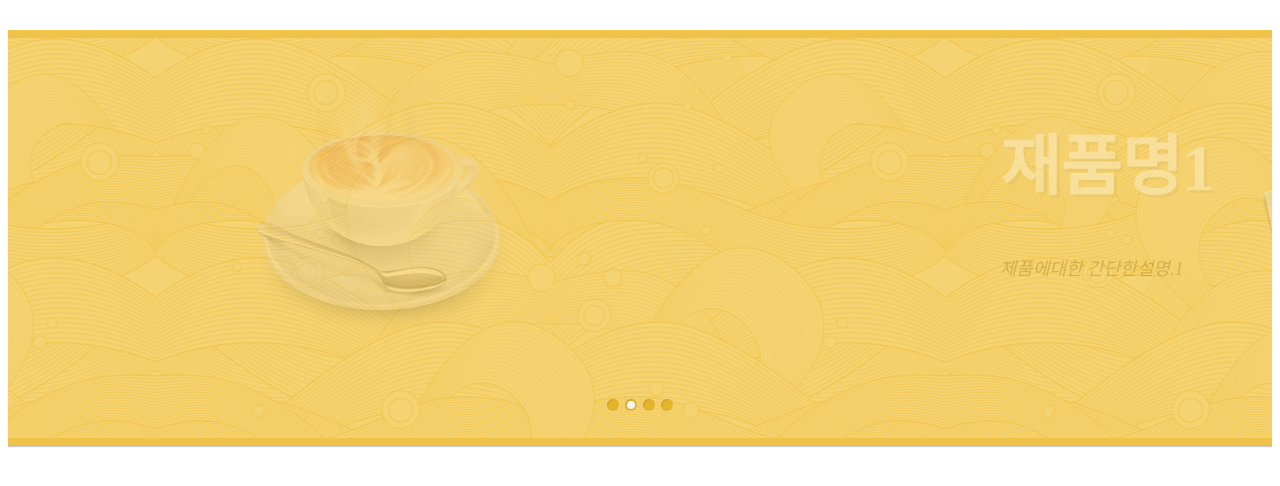
Repository: fellownew/project_workspace
Page: http://localhost/shoppingmall/WEB-INF/view/body/main.jsp
These files come from the project's save history. The page is drawn as it stood at one moment and after the next save; the edit follows.
The browser window is 1280 px wide. The pictures show the whole page.
The page is served by Tomcat 9. Nobody is signed in. Other server files are loaded and not shown. The template is opened directly, without the code that normally fills it, so the values that code supplies are empty.

Above is the page before, as saved 2015-06-03 02:42:10.

### shoppingmall/WebContent/WEB-INF/view/body/main.jsp
<%@ page contentType="text/html;charset=UTF-8"%>
<%@ taglib prefix="c" uri="http://java.sun.com/jsp/jstl/core"%>
<!DOCTYPE html>
        <link rel="stylesheet" type="text/css" href="<%=request.getContextPath()%>/css/demo.css" />
        <link rel="stylesheet" type="text/css" href="<%=request.getContextPath()%>/css/style.css" />
        <style type="text/css">
			.da-slider{
				background: transparent url('<%=request.getContextPath() %>/image/waves.gif') repeat 0% 0%;
				}
			.da-arrows span:after{
				background: transparent url('<%=request.getContextPath() %>/image/arrows.png') no-repeat top left;
				}
		</style>
		<script type="text/javascript" src="<%=request.getContextPath()%>/script/modernizr.custom.28468.js"></script>
		<script type="text/javascript" src="<%=request.getContextPath()%>/script/jquery.js"></script>
		<script type="text/javascript" src="<%=request.getContextPath()%>/script/jquery.cslider.js"></script>
		<script type="text/javascript">
			$(function() {
				$('#da-slider').cslider();
			});
		</script>

    <body>
   <c:forEach items="${requestScope.productList }" var="product">
   	<div class="images"><a href="${product.productId }"><img src="${product.imagePath }" width="120px" height="120px"/></a></div>
   	</c:forEach>
        <div class="container">
			<div id="da-slider" class="da-slider">
				<div class="da-slide">
					<h2>재품명</h2>
					<p>제품에대한 간단한설명.</p>
					<a href="#" class="da-link">Read more(상세설명링크)</a>
					<div class="da-img"><img src="<%=request.getContextPath() %>/image/1.png" alt="image01" /></div>
				</div>
				<div class="da-slide">
					<h2>재품명1</h2>
					<p>제품에대한 간단한설명.1</p>
					<a href="#" class="da-link">Read more</a>
					<div class="da-img"><img src="<%=request.getContextPath() %>/image/2.png" alt="image01" /></div>
				</div>
				<div class="da-slide">
					<h2>재품명2</h2>
					<p>제품에대한 간단한설명.2</p>
					<a href="#" class="da-link">Read more</a>
					<div class="da-img"><img src="<%=request.getContextPath() %>/image/3.png" alt="image01" /></div>
				</div>
				<div class="da-slide">
					<h2>재품명3</h2>
					<p>제품에대한 간단한설명.3</p>
					<a href="#" class="da-link">Read more</a>
					<div class="da-img"><img src="<%=request.getContextPath() %>/image/4.png" alt="image01" /></div>
				</div>
				<nav class="da-arrows">
					<span class="da-arrows-prev"></span>
					<span class="da-arrows-next"></span>
				</nav>
			</div>
        </div>

    </body>

### shoppingmall/WebContent/css/demo.css
@font-face {
    font-weight: normal;
    font-style: normal;
}

.container{
	width: 100%;
	position: relative;
	text-align: center;
}
.clr{
	clear: both;
}
.container > header{
	padding: 20px 30px 10px 30px;
	margin: 0px 20px 10px 20px;
	position: relative;
	display: block;
	text-shadow: 1px 1px 1px rgba(0,0,0,0.2);
    text-align: center;
}
.container > header h1{
	font-size: 35px;
	line-height: 35px;
	position: relative;
	font-weight: 400;
	color: #936975;
	text-shadow: 1px 1px 1px rgba(0,0,0,0.3);
    padding: 0px 0px 5px 0px;
}
.container > header h1 span{
	color: #b19099;
	text-shadow: 0px 1px 1px rgba(255,255,255,0.8);
}
.container > header h2{
	font-size: 16px;
	font-style: italic;
	color: #593741;
	text-shadow: 0px 1px 1px rgba(255,255,255,0.8);
}
/* Header Style */
.codrops-top{
	line-height: 24px;
	font-size: 11px;
	background: rgba(255, 255, 255, 0.6);
	text-transform: uppercase;
	z-index: 9999;
	position: relative;
	box-shadow: 1px 0px 2px rgba(0,0,0,0.2);
}
.codrops-top a{
	padding: 0px 10px;
	letter-spacing: 1px;
	color: #333;
	text-shadow: 0px 1px 1px #fff;
	display: block;
	float: left;
}
.codrops-top a:hover{
	background: #fff;
}
.codrops-top span.right{
	float: right;
}
.codrops-top span.right a{
	float: left;
	display: block;
}

p.codrops-demos{
	text-align:center;
	display: block;
	padding: 14px;
}
p.codrops-demos a,
p.codrops-demos a.current-demo,
p.codrops-demos a.current-demo:hover{
    display: inline-block;
	border: 1px solid #b19099;
	padding: 4px 10px 3px;
	font-size: 13px;
	line-height: 18px;
	margin: 0px 3px;
	font-weight: 800;
	-webkit-box-shadow: 0px 1px 1px rgba(0,0,0,0.1);
	-moz-box-shadow:0px 1px 1px rgba(0,0,0,0.1);
	box-shadow: 0px 1px 1px rgba(0,0,0,0.1);
	color: #fff;
	text-shadow: 1px 1px 1px rgba(0,0,0,0.6);
	-webkit-border-radius: 5px;
	-moz-border-radius: 5px;
	border-radius: 5px;
	background: #b19099;
	background: -moz-linear-gradient(top, #b19099 0%, #936975 100%);
	background: -webkit-gradient(linear, left top, left bottom, color-stop(0%,#b19099), color-stop(100%,#936975));
	background: -webkit-linear-gradient(top, #b19099 0%,#936975 100%);
	background: -o-linear-gradient(top, #b19099 0%,#936975 100%);
	background: -ms-linear-gradient(top, #b19099 0%,#936975 100%);
	background: linear-gradient(top, #b19099 0%,#936975 100%);
	filter: progid:DXImageTransform.Microsoft.gradient( startColorstr='#b19099', endColorstr='#936975',GradientType=0 );
}
p.codrops-demos a:hover{
	background: #b19099;
}
p.codrops-demos a:active{
	-webkit-box-shadow: 0px 1px 1px rgba(255,255,255,0.4);
	-moz-box-shadow: 0px 1px 1px rgba(255,255,255,0.4);
	box-shadow: 0px 1px 1px rgba(255,255,255,0.4);
}
p.codrops-demos a.current-demo,
p.codrops-demos a.current-demo:hover{
	color: #443132;
	text-shadow: 0px 1px 1px rgba(255,255,255,0.3);
}
#testSlide3 {
	display: inline-block;
	border: 1px solid #b19099;
	padding: 4px 10px 3px;
	margin: 0px 3px;
	color: #fff;
	background: #111;
}
/* Media Queries */
@media screen and (max-width: 767px) {
	.container > header{
		text-align: center;
	}
	p.codrops-demos {
		position: relative;
		top: auto;
		left: auto;
	}
}

### shoppingmall/WebContent/css/style.css
.da-slider{
	width: 100%;
	min-width: 520px;
	height: 400px;
	position: relative;
	margin: 30px auto;
	overflow: hidden;
	border-top: 8px solid #efc34a;
	border-bottom: 8px solid #efc34a;
	box-shadow: 0px 1px 1px rgba(0,0,0,0.2), 0px -2px 1px #fff;
	-webkit-transition: background-position 1.4s ease-in-out 0.3s;
	-moz-transition: background-position 1.4s ease-in-out 0.3s;
	-o-transition: background-position 1.4s ease-in-out 0.3s;
	-ms-transition: background-position 1.4s ease-in-out 0.3s;
	transition: background-position 1.4s ease-in-out 0.3s;
}
.da-slide{
	position: absolute;
	width: 100%;
	height: 100%;
	top: 0px;
	left: 0px;
	text-align: left;
}
.da-slide-current{
	z-index: 1000;
}
.da-slider-fb .da-slide{
	left: 100%;
}
.da-slider-fb  .da-slide.da-slide-current{
	left: 0px;
}
.da-slide h2,
.da-slide p,
.da-slide .da-link,
.da-slide .da-img{
	position: absolute;
	opacity: 0;
	left: 110%;
}
.da-slider-fb .da-slide h2,
.da-slider-fb .da-slide p,
.da-slider-fb .da-slide .da-link{
	left: 10%;
	opacity: 1;
}
.da-slider-fb .da-slide .da-img{
	left: 60%;
	opacity: 1;
}
.da-slide h2{
	color: #fff;
	font-size: 66px;
	width: 50%;
	top: 20px;
	white-space: nowrap;
	z-index: 10;
	text-shadow: 3px 3px 1px rgba(0,0,0,0.1);
	font-weight: 700;
}
.da-slide p{
	width: 45%;
	top: 200px;
	color: #916c05;
	font-size: 18px;
	line-height: 26px;
	height: 80px;
	overflow: hidden;
	font-style: italic;
	font-weight: 400;
	font-style: italic;
}
.da-slide .da-img{
	text-align: center;
	width: 30%;
	top: 40px;
	height: 256px;
	line-height: 320px;
	left: 110%; /*60%*/
}
.da-slide .da-link{
	top: 300px; /*depends on p height*/
	border-radius: 30px;
	box-shadow: 0px 1px 1px rgba(0,0,0,0.1);
	color: #fff;
	text-shadow: 1px 1px 1px rgba(0,0,0,0.2);
	border: 8px solid rgba(255,255,255,0.8);
	padding: 2px 20px 0px;
	font-size: 18px;
	line-height: 30px;
	width: 80px;
	text-align: center;
	background: rgba(255,255,255,0.2);
}
.da-slide .da-link:hover{
	background: rgba(255,255,255,0.3);
}
.da-dots{
	width: 100%;
	position: absolute;
	text-align: center;
	left: 0px;
	bottom: 20px;
	z-index: 2000;
	-moz-user-select: none;
	-webkit-user-select: none;
}
.da-dots span{
	display: inline-block;
	position: relative;
	width: 12px;
	height: 12px;
	border-radius: 50%;
	background: #e4b42d;
	margin: 3px;
	cursor: pointer;
	box-shadow:
		1px 1px 1px rgba(0,0,0,0.1) inset,
		1px 1px 1px rgba(255,255,255,0.1);
}
.da-dots span.da-dots-current:after{
	content: '';
	width: 8px;
	height: 8px;
	position: absolute;
	top: 2px;
	left: 2px;
	border-radius: 50%;
	background: rgb(255,255,255);
	background: -moz-linear-gradient(top, rgba(255,255,255,1) 0%, rgba(246,246,246,1) 47%, rgba(237,237,237,1) 100%);
	background: -webkit-gradient(linear, left top, left bottom, color-stop(0%,rgba(255,255,255,1)), color-stop(47%,rgba(246,246,246,1)), color-stop(100%,rgba(237,237,237,1)));
	background: -webkit-linear-gradient(top, rgba(255,255,255,1) 0%,rgba(246,246,246,1) 47%,rgba(237,237,237,1) 100%);
	background: -o-linear-gradient(top, rgba(255,255,255,1) 0%,rgba(246,246,246,1) 47%,rgba(237,237,237,1) 100%);
	background: -ms-linear-gradient(top, rgba(255,255,255,1) 0%,rgba(246,246,246,1) 47%,rgba(237,237,237,1) 100%);
	background: linear-gradient(top, rgba(255,255,255,1) 0%,rgba(246,246,246,1) 47%,rgba(237,237,237,1) 100%);
	filter: progid:DXImageTransform.Microsoft.gradient( startColorstr='#ffffff', endColorstr='#ededed',GradientType=0 );
}
.da-arrows{
	-moz-user-select: none;
	-webkit-user-select: none;
}
.da-arrows span{
	position: absolute;
	top: 50%;
	height: 30px;
	width: 30px;
	border-radius: 50%;
	background: #e4b42d;
	cursor: pointer;
	z-index: 2000;
	opacity: 0;
	box-shadow:
		1px 1px 1px rgba(0,0,0,0.1) inset,
		1px 1px 1px rgba(255,255,255,0.1);
	-webkit-transition: opacity 0.4s ease-in-out 0.2s;
	-moz-transition: opacity 0.4s ease-in-out 0.2s;
	-o-transition: opacity 0.4s ease-in-out 0.2s;
	-ms-transition: opacity 0.4s ease-in-out 0.2s;
	transition: opacity 0.4s ease-in-out 0.2s;
}
.da-slider:hover .da-arrows span{
	opacity: 1;
}
.da-arrows span:after{
	content: '';
	position: absolute;
	width: 20px;
	height: 20px;
	top: 5px;
	left: 5px;
	border-radius: 50%;
	box-shadow: 1px 1px 2px rgba(0,0,0,0.1);
}
.da-arrows span:hover:after{
	box-shadow: 1px 1px 4px rgba(0,0,0,0.3);
}
.da-arrows span:active:after{
	box-shadow: 1px 1px 1px rgba(255,255,255,0.1);
}
.da-arrows span.da-arrows-next:after{
	background-position: top right;
}
.da-arrows span.da-arrows-prev{
	left: 15px;
}
.da-arrows span.da-arrows-next{
	right: 15px;
}

.da-slide-current h2,
.da-slide-current p,
.da-slide-current .da-link{
	left: 10%;
	opacity: 1;
}
.da-slide-current .da-img{
	left: 60%;
	opacity: 1;
}
/* Animation classes and animations */

/* Slide in from the right*/
.da-slide-fromright h2{
	-webkit-animation: fromRightAnim1 0.6s ease-in 0.8s both;
	-moz-animation: fromRightAnim1 0.6s ease-in 0.8s both;
	-o-animation: fromRightAnim1 0.6s ease-in 0.8s both;
	-ms-animation: fromRightAnim1 0.6s ease-in 0.8s both;
	animation: fromRightAnim1 0.6s ease-in 0.8s both;
}
.da-slide-fromright p{
	-webkit-animation: fromRightAnim2 0.6s ease-in 0.8s both;
	-moz-animation: fromRightAnim2 0.6s ease-in 0.8s both;
	-o-animation: fromRightAnim2 0.6s ease-in 0.8s both;
	-ms-animation: fromRightAnim2 0.6s ease-in 0.8s both;
	animation: fromRightAnim2 0.6s ease-in 0.8s both;
}
.da-slide-fromright .da-link{
	-webkit-animation: fromRightAnim3 0.4s ease-in 1.2s both;
	-moz-animation: fromRightAnim3 0.4s ease-in 1.2s both;
	-o-animation: fromRightAnim3 0.4s ease-in 1.2s both;
	-ms-animation: fromRightAnim3 0.4s ease-in 1.2s both;
	animation: fromRightAnim3 0.4s ease-in 1.2s both;
}
.da-slide-fromright .da-img{
	-webkit-animation: fromRightAnim4 0.6s ease-in 0.8s both;
	-moz-animation: fromRightAnim4 0.6s ease-in 0.8s both;
	-o-animation: fromRightAnim4 0.6s ease-in 0.8s both;
	-ms-animation: fromRightAnim4 0.6s ease-in 0.8s both;
	animation: fromRightAnim4 0.6s ease-in 0.8s both;
}
@-webkit-keyframes fromRightAnim1{
	0%{ left: 110%; opacity: 0; }
	100%{ left: 10%; opacity: 1; }
}
@-webkit-keyframes fromRightAnim2{
	0%{ left: 110%; opacity: 0; }
	100%{ left: 10%; opacity: 1; }
}
@-webkit-keyframes fromRightAnim3{
	0%{ left: 110%; opacity: 0; }
	1%{ left: 10%; opacity: 0; }
	100%{ left: 10%; opacity: 1; }
}
@-webkit-keyframes fromRightAnim4{
	0%{ left: 110%; opacity: 0; }
	100%{ left: 60%; opacity: 1; }
}

@-moz-keyframes fromRightAnim1{
	0%{ left: 110%; opacity: 0; }
	100%{ left: 10%; opacity: 1; }
}
@-moz-keyframes fromRightAnim2{
	0%{ left: 110%; opacity: 0; }
	100%{ left: 10%; opacity: 1; }
}
@-moz-keyframes fromRightAnim3{
	0%{ left: 110%; opacity: 0; }
	1%{ left: 10%; opacity: 0; }
	100%{ left: 10%; opacity: 1; }
}
@-moz-keyframes fromRightAnim4{
	0%{ left: 110%; opacity: 0; }
	100%{ left: 60%; opacity: 1; }
}

@-o-keyframes fromRightAnim1{
	0%{ left: 110%; opacity: 0; }
	100%{ left: 10%; opacity: 1; }
}
@-o-keyframes fromRightAnim2{
	0%{ left: 110%; opacity: 0; }
	100%{ left: 10%; opacity: 1; }
}
@-o-keyframes fromRightAnim3{
	0%{ left: 110%; opacity: 0; }
	1%{ left: 10%; opacity: 0; }
	100%{ left: 10%; opacity: 1; }
}
@-o-keyframes fromRightAnim4{
	0%{ left: 110%; opacity: 0; }
	100%{ left: 60%; opacity: 1; }
}

@-ms-keyframes fromRightAnim1{
	0%{ left: 110%; opacity: 0; }
	100%{ left: 10%; opacity: 1; }
}
@-ms-keyframes fromRightAnim2{
	0%{ left: 110%; opacity: 0; }
	100%{ left: 10%; opacity: 1; }
}
@-ms-keyframes fromRightAnim3{
	0%{ left: 110%; opacity: 0; }
	1%{ left: 10%; opacity: 0; }
	100%{ left: 10%; opacity: 1; }
}
@-ms-keyframes fromRightAnim4{
	0%{ left: 110%; opacity: 0; }
	100%{ left: 60%; opacity: 1; }
}

@keyframes fromRightAnim1{
	0%{ left: 110%; opacity: 0; }
	100%{ left: 10%; opacity: 1; }
}
@keyframes fromRightAnim2{
	0%{ left: 110%; opacity: 0; }
	100%{ left: 10%; opacity: 1; }
}
@keyframes fromRightAnim3{
	0%{ left: 110%; opacity: 0; }
	1%{ left: 10%; opacity: 0; }
	100%{ left: 10%; opacity: 1; }
}
@keyframes fromRightAnim4{
	0%{ left: 110%; opacity: 0; }
	100%{ left: 60%; opacity: 1; }
}
/* Slide in from the left*/
.da-slide-fromleft h2{
	-webkit-animation: fromLeftAnim1 0.6s ease-in 0.6s both;
	-moz-animation: fromLeftAnim1 0.6s ease-in 0.6s both;
	-o-animation: fromLeftAnim1 0.6s ease-in 0.6s both;
	-ms-animation: fromLeftAnim1 0.6s ease-in 0.6s both;
	animation: fromLeftAnim1 0.6s ease-in 0.6s both;
}
.da-slide-fromleft p{
	-webkit-animation: fromLeftAnim2 0.6s ease-in 0.6s both;
	-moz-animation: fromLeftAnim2 0.6s ease-in 0.6s both;
	-o-animation: fromLeftAnim2 0.6s ease-in 0.6s both;
	-ms-animation: fromLeftAnim2 0.6s ease-in 0.6s both;
	animation: fromLeftAnim2 0.6s ease-in 0.6s both;
}
.da-slide-fromleft .da-link{
	-webkit-animation: fromLeftAnim3 0.4s ease-in 1.2s both;
	-moz-animation: fromLeftAnim3 0.4s ease-in 1.2s both;
	-o-animation: fromLeftAnim3 0.4s ease-in 1.2s both;
	-ms-animation: fromLeftAnim3 0.4s ease-in 1.2s both;
	animation: fromLeftAnim3 0.4s ease-in 1.2s both;
}
.da-slide-fromleft .da-img{
	-webkit-animation: fromLeftAnim4 0.6s ease-in 0.6s both;
	-moz-animation: fromLeftAnim4 0.6s ease-in 0.6s both;
	-o-animation: fromLeftAnim4 0.6s ease-in 0.6s both;
	-ms-animation: fromLeftAnim4 0.6s ease-in 0.6s both;
	animation: fromLeftAnim4 0.6s ease-in 0.6s both;
}
@-webkit-keyframes fromLeftAnim1{
	0%{ left: -110%; opacity: 0; }
	100%{ left: 10%; opacity: 1; }
}
@-webkit-keyframes fromLeftAnim2{
	0%{ left: -110%; opacity: 0; }
	100%{ left: 10%; opacity: 1; }
}
@-webkit-keyframes fromLeftAnim3{
	0%{ left: -110%; opacity: 0; }
	1%{ left: 10%; opacity: 0; }
	100%{ left: 10%; opacity: 1; }
}
@-webkit-keyframes fromLeftAnim4{
	0%{ left: -110%; opacity: 0; }
	100%{ left: 60%; opacity: 1; }
}

@-moz-keyframes fromLeftAnim1{
	0%{ left: -110%; opacity: 0; }
	100%{ left: 10%; opacity: 1; }
}
@-moz-keyframes fromLeftAnim2{
	0%{ left: -110%; opacity: 0; }
	100%{ left: 10%; opacity: 1; }
}
@-moz-keyframes fromLeftAnim3{
	0%{ left: -110%; opacity: 0; }
	1%{ left: 10%; opacity: 0; }
	100%{ left: 10%; opacity: 1; }
}
@-moz-keyframes fromLeftAnim4{
	0%{ left: -110%; opacity: 0; }
	100%{ left: 60%; opacity: 1; }
}

@-o-keyframes fromLeftAnim1{
	0%{ left: -110%; opacity: 0; }
	100%{ left: 10%; opacity: 1; }
}
@-o-keyframes fromLeftAnim2{
	0%{ left: -110%; opacity: 0; }
	100%{ left: 10%; opacity: 1; }
}
@-o-keyframes fromLeftAnim3{
	0%{ left: -110%; opacity: 0; }
	1%{ left: 10%; opacity: 0; }
	100%{ left: 10%; opacity: 1; }
}
@-o-keyframes fromLeftAnim4{
	0%{ left: -110%; opacity: 0; }
	100%{ left: 60%; opacity: 1; }
}

@-ms-keyframes fromLeftAnim1{
	0%{ left: -110%; opacity: 0; }
	100%{ left: 10%; opacity: 1; }
}
@-ms-keyframes fromLeftAnim2{
	0%{ left: -110%; opacity: 0; }
	100%{ left: 10%; opacity: 1; }
}
@-ms-keyframes fromLeftAnim3{
	0%{ left: -110%; opacity: 0; }
	1%{ left: 10%; opacity: 0; }
	100%{ left: 10%; opacity: 1; }
}
@-ms-keyframes fromLeftAnim4{
	0%{ left: -110%; opacity: 0; }
	100%{ left: 60%; opacity: 1; }
}

@keyframes fromLeftAnim1{
	0%{ left: -110%; opacity: 0; }
	100%{ left: 10%; opacity: 1; }
}
@keyframes fromLeftAnim2{
	0%{ left: -110%; opacity: 0; }
	100%{ left: 10%; opacity: 1; }
}
@keyframes fromLeftAnim3{
	0%{ left: -110%; opacity: 0; }
	1%{ left: 10%; opacity: 0; }
	100%{ left: 10%; opacity: 1; }
}
@keyframes fromLeftAnim4{
	0%{ left: -110%; opacity: 0; }
	100%{ left: 60%; opacity: 1; }
}
/* Slide out to the right */
.da-slide-toright h2{
	-webkit-animation: toRightAnim1 0.6s ease-in 0.6s both;
	-moz-animation: toRightAnim1 0.6s ease-in 0.6s both;
	-o-animation: toRightAnim1 0.6s ease-in 0.6s both;
	-ms-animation: toRightAnim1 0.6s ease-in 0.6s both;
	animation: toRightAnim1 0.6s ease-in 0.6s both;
}
.da-slide-toright p{
	-webkit-animation: toRightAnim2 0.6s ease-in 0.3s both;
	-moz-animation: toRightAnim2 0.6s ease-in 0.3s both;
	-o-animation: toRightAnim2 0.6s ease-in 0.3s both;
	-ms-animation: toRightAnim2 0.6s ease-in 0.3s both;
	animation: toRightAnim2 0.6s ease-in 0.3s both;
}
.da-slide-toright .da-link{
	-webkit-animation: toRightAnim3 0.4s ease-in both;
	-moz-animation: toRightAnim3 0.4s ease-in both;
	-o-animation: toRightAnim3 0.4s ease-in both;
	-ms-animation: toRightAnim3 0.4s ease-in both;
	animation: toRightAnim3 0.4s ease-in both;
}
.da-slide-toright .da-img{
	-webkit-animation: toRightAnim4 0.6s ease-in both;
	-moz-animation: toRightAnim4 0.6s ease-in both;
	-o-animation: toRightAnim4 0.6s ease-in both;
	-ms-animation: toRightAnim4 0.6s ease-in both;
	animation: toRightAnim4 0.6s ease-in both;
}
@-webkit-keyframes toRightAnim1{
	0%{ left: 10%;  opacity: 1; }
	100%{ left: 100%; opacity: 0; }
}
@-webkit-keyframes toRightAnim2{
	0%{ left: 10%;  opacity: 1; }
	100%{ left: 100%; opacity: 0; }
}
@-webkit-keyframes toRightAnim3{
	0%{ left: 10%;  opacity: 1; }
	99%{ left: 10%; opacity: 0; }
	100%{ left: 100%; opacity: 0; }
}
@-webkit-keyframes toRightAnim4{
	0%{ left: 60%;  opacity: 1; }
	30%{ left: 55%;  opacity: 1; }
	100%{ left: 100%; opacity: 0; }
}

@-moz-keyframes toRightAnim1{
	0%{ left: 10%;  opacity: 1; }
	100%{ left: 100%; opacity: 0; }
}
@-moz-keyframes toRightAnim2{
	0%{ left: 10%;  opacity: 1; }
	100%{ left: 100%; opacity: 0; }
}
@-moz-keyframes toRightAnim3{
	0%{ left: 10%;  opacity: 1; }
	99%{ left: 10%; opacity: 0; }
	100%{ left: 100%; opacity: 0; }
}
@-moz-keyframes toRightAnim4{
	0%{ left: 60%;  opacity: 1; }
	30%{ left: 55%;  opacity: 1; }
	100%{ left: 100%; opacity: 0; }
}

@-o-keyframes toRightAnim1{
	0%{ left: 10%;  opacity: 1; }
	100%{ left: 100%; opacity: 0; }
}
@-o-keyframes toRightAnim2{
	0%{ left: 10%;  opacity: 1; }
	100%{ left: 100%; opacity: 0; }
}
@-o-keyframes toRightAnim3{
	0%{ left: 10%;  opacity: 1; }
	99%{ left: 10%; opacity: 0; }
	100%{ left: 100%; opacity: 0; }
}
@-o-keyframes toRightAnim4{
	0%{ left: 60%;  opacity: 1; }
	30%{ left: 55%;  opacity: 1; }
	100%{ left: 100%; opacity: 0; }
}

@-ms-keyframes toRightAnim1{
	0%{ left: 10%;  opacity: 1; }
	100%{ left: 100%; opacity: 0; }
}
@-ms-keyframes toRightAnim2{
	0%{ left: 10%;  opacity: 1; }
	100%{ left: 100%; opacity: 0; }
}
@-ms-keyframes toRightAnim3{
	0%{ left: 10%;  opacity: 1; }
	99%{ left: 10%; opacity: 0; }
	100%{ left: 100%; opacity: 0; }
}
@-ms-keyframes toRightAnim4{
	0%{ left: 60%;  opacity: 1; }
	30%{ left: 55%;  opacity: 1; }
	100%{ left: 100%; opacity: 0; }
}

@keyframes toRightAnim1{
	0%{ left: 10%;  opacity: 1; }
	100%{ left: 100%; opacity: 0; }
}
@keyframes toRightAnim2{
	0%{ left: 10%;  opacity: 1; }
	100%{ left: 100%; opacity: 0; }
}
@keyframes toRightAnim3{
	0%{ left: 10%;  opacity: 1; }
	99%{ left: 10%; opacity: 0; }
	100%{ left: 100%; opacity: 0; }
}
@keyframes toRightAnim4{
	0%{ left: 60%;  opacity: 1; }
	30%{ left: 55%;  opacity: 1; }
	100%{ left: 100%; opacity: 0; }
}
/* Slide out to the left*/
.da-slide-toleft h2{
	-webkit-animation: toLeftAnim1 0.6s ease-in both;
	-moz-animation: toLeftAnim1 0.6s ease-in both;
	-o-animation: toLeftAnim1 0.6s ease-in both;
	-ms-animation: toLeftAnim1 0.6s ease-in both;
	animation: toLeftAnim1 0.6s ease-in both;
}
.da-slide-toleft p{
	-webkit-animation: toLeftAnim2 0.6s ease-in 0.3s both;
	-moz-animation: toLeftAnim2 0.6s ease-in 0.3s both;
	-o-animation: toLeftAnim2 0.6s ease-in 0.3s both;
	-ms-animation: toLeftAnim2 0.6s ease-in 0.3s both;
	animation: toLeftAnim2 0.6s ease-in 0.3s both;
}
.da-slide-toleft .da-link{
	-webkit-animation: toLeftAnim3 0.4s ease-in both;
	-moz-animation: toLeftAnim3 0.4s ease-in both;
	-o-animation: toLeftAnim3 0.4s ease-in both;
	-ms-animation: toLeftAnim3 0.4s ease-in both;
	animation: toLeftAnim3 0.4s ease-in both;
}
.da-slide-toleft .da-img{
	-webkit-animation: toLeftAnim4 0.6s ease-in 0.6s both;
	-moz-animation: toLeftAnim4 0.6s ease-in 0.6s both;
	-o-animation: toLeftAnim4 0.6s ease-in 0.6s both;
	-ms-animation: toLeftAnim4 0.6s ease-in 0.6s both;
	animation: toLeftAnim4 0.6s ease-in 0.6s both;
}
@-webkit-keyframes toLeftAnim1{
	0%{ left: 10%;  opacity: 1; }
	30%{ left: 15%;  opacity: 1; }
	100%{ left: -50%; opacity: 0; }
}
@-webkit-keyframes toLeftAnim2{
	0%{ left: 10%;  opacity: 1; }
	30%{ left: 15%;  opacity: 1; }
	100%{ left: -50%; opacity: 0; }
}
@-webkit-keyframes toLeftAnim3{
	0%{ left: 10%;  opacity: 1; }
	99%{ left: 10%; opacity: 0; }
	100%{ left: -50%; opacity: 0; }
}
@-webkit-keyframes toLeftAnim4{
	0%{ left: 60%;  opacity: 1; }
	40%{ left: 70%;  opacity: 1; }
	90%{ left: 0%;  opacity: 0; }
	100%{ left: -50%; opacity: 0; }
}

@-moz-keyframes toLeftAnim1{
	0%{ left: 10%;  opacity: 1; }
	30%{ left: 15%;  opacity: 1; }
	100%{ left: -50%; opacity: 0; }
}
@-moz-keyframes toLeftAnim2{
	0%{ left: 10%;  opacity: 1; }
	30%{ left: 15%;  opacity: 1; }
	100%{ left: -50%; opacity: 0; }
}
@-moz-keyframes toLeftAnim3{
	0%{ left: 10%;  opacity: 1; }
	99%{ left: 10%; opacity: 0; }
	100%{ left: -50%; opacity: 0; }
}
@-moz-keyframes toLeftAnim4{
	0%{ left: 60%;  opacity: 1; }
	40%{ left: 70%;  opacity: 1; }
	90%{ left: 0%;  opacity: 0; }
	100%{ left: -50%; opacity: 0; }
}

@-o-keyframes toLeftAnim1{
	0%{ left: 10%;  opacity: 1; }
	30%{ left: 15%;  opacity: 1; }
	100%{ left: -50%; opacity: 0; }
}
@-o-keyframes toLeftAnim2{
	0%{ left: 10%;  opacity: 1; }
	30%{ left: 15%;  opacity: 1; }
	100%{ left: -50%; opacity: 0; }
}
@-o-keyframes toLeftAnim3{
	0%{ left: 10%;  opacity: 1; }
	99%{ left: 10%; opacity: 0; }
	100%{ left: -50%; opacity: 0; }
}
@-o-keyframes toLeftAnim4{
	0%{ left: 60%;  opacity: 1; }
	40%{ left: 70%;  opacity: 1; }
	90%{ left: 0%;  opacity: 0; }
	100%{ left: -50%; opacity: 0; }
}

@-ms-keyframes toLeftAnim1{
	0%{ left: 10%;  opacity: 1; }
	30%{ left: 15%;  opacity: 1; }
	100%{ left: -50%; opacity: 0; }
}
@-ms-keyframes toLeftAnim2{
	0%{ left: 10%;  opacity: 1; }
	30%{ left: 15%;  opacity: 1; }
	100%{ left: -50%; opacity: 0; }
}
@-ms-keyframes toLeftAnim3{
	0%{ left: 10%;  opacity: 1; }
	99%{ left: 10%; opacity: 0; }
	100%{ left: -50%; opacity: 0; }
}
@-ms-keyframes toLeftAnim4{
	0%{ left: 60%;  opacity: 1; }
	40%{ left: 70%;  opacity: 1; }
	90%{ left: 0%;  opacity: 0; }
	100%{ left: -50%; opacity: 0; }
}

@keyframes toLeftAnim1{
	0%{ left: 10%;  opacity: 1; }
	30%{ left: 15%;  opacity: 1; }
	100%{ left: -50%; opacity: 0; }
}
@keyframes toLeftAnim2{
	0%{ left: 10%;  opacity: 1; }
	30%{ left: 15%;  opacity: 1; }
	100%{ left: -50%; opacity: 0; }
}
@keyframes toLeftAnim3{
	0%{ left: 10%;  opacity: 1; }
	99%{ left: 10%; opacity: 0; }
	100%{ left: -50%; opacity: 0; }
}
@keyframes toLeftAnim4{
	0%{ left: 60%;  opacity: 1; }
	40%{ left: 70%;  opacity: 1; }
	90%{ left: 0%;  opacity: 0; }
	100%{ left: -50%; opacity: 0; }
}

Loaded but not shown: shoppingmall/WebContent/script/modernizr.custom.28468.js (library); shoppingmall/WebContent/script/jquery.js (library); shoppingmall/WebContent/script/jquery.cslider.js (library)

After the next save:
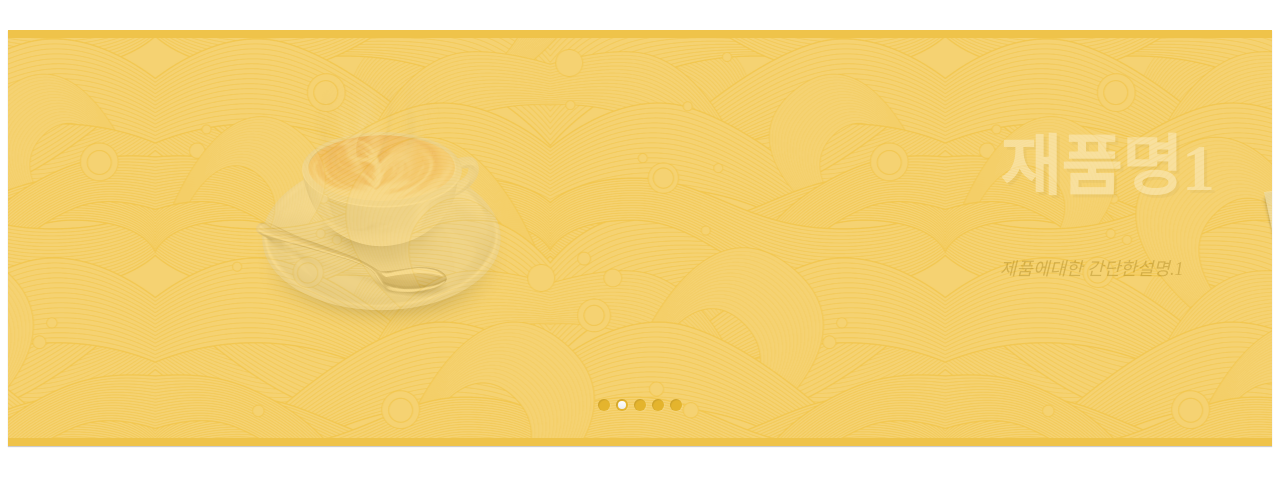
Saved 71 min 16 s later.
--- a/shoppingmall/WebContent/WEB-INF/view/body/main.jsp
+++ b/shoppingmall/WebContent/WEB-INF/view/body/main.jsp
@@ -50,6 +50,12 @@
 					<a href="#" class="da-link">Read more</a>
 					<div class="da-img"><img src="<%=request.getContextPath() %>/image/4.png" alt="image01" /></div>
 				</div>
+								<div class="da-slide">
+					<h2>재품명3</h2>
+					<p>제품에대한 간단한설명.3</p>
+					<a href="#" class="da-link">Read more</a>
+					<div class="da-img"><img src="<%=request.getContextPath() %>/image/4.png" alt="image01" /></div>
+				</div>
 				<nav class="da-arrows">
 					<span class="da-arrows-prev"></span>
 					<span class="da-arrows-next"></span>
